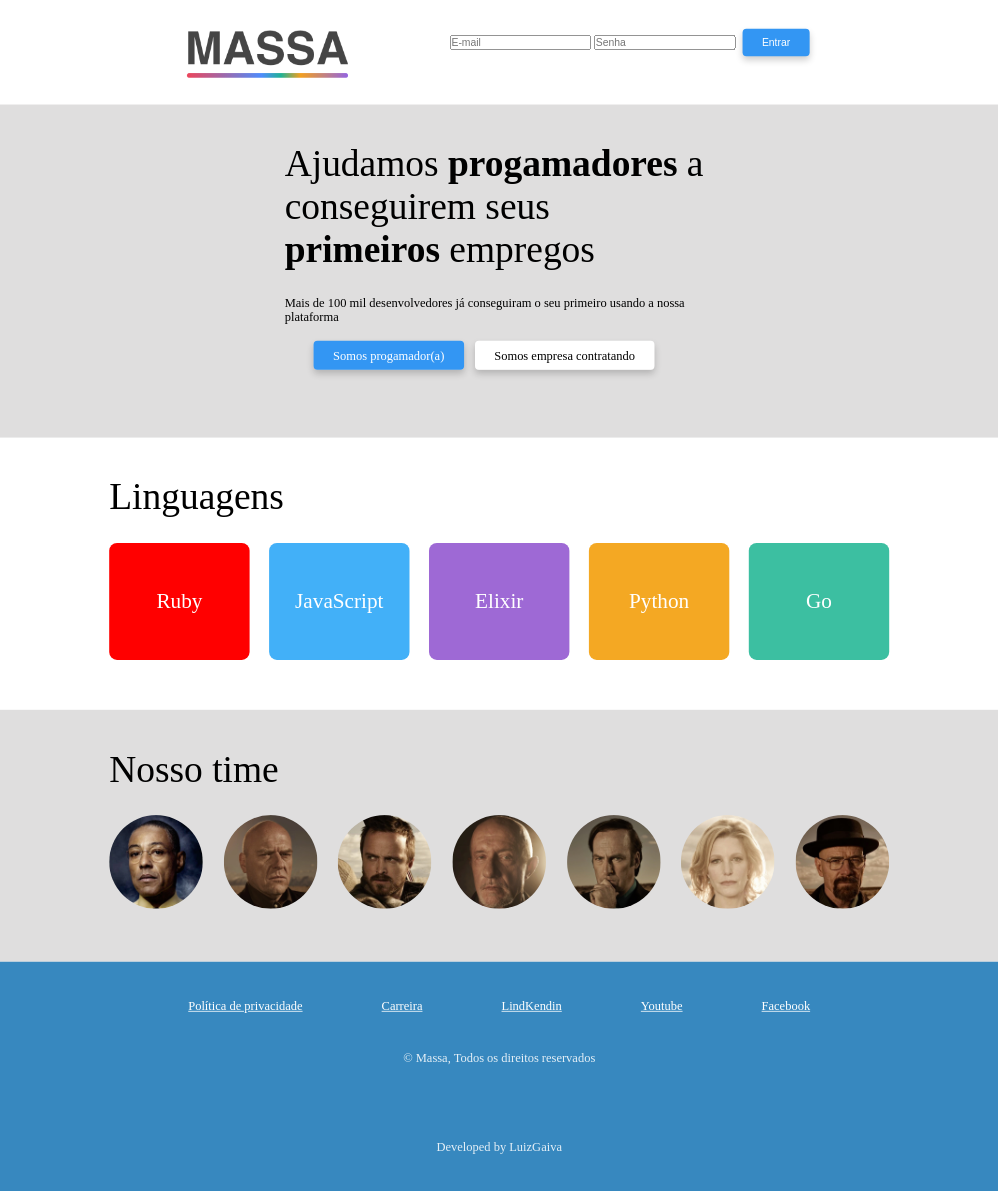
Repository: luizgaivaa/ProjetoSite
Page: index.html
An editor plug-in stored every save of this project. The page is shown before and after the next save, followed by the edit.
The browser window is 1280 px wide. The pictures show the whole page, at 78% of full size.

Above is the page before, as saved 2024-03-19 15:05:46.

### index.html
<!DOCTYPE html>
<html lang="pt-br">
<head>
    <meta charset="UTF-8">
    <meta name="viewport" content="width=device-width, initial-scale=1.0">
    <title>Massa</title>
    <link rel="icon" href="react-icon.png">
    <link rel="stylesheet" href="style.css">

    <link rel="preconnect" href="https://fonts.googleapis.com">
    <link rel="preconnect" href="https://fonts.gstatic.com" crossorigin>
    <link href="https://fonts.googleapis.com/css2?family=Roboto:ital,wght@0,100;0,300;0,400;0,500;0,700;0,900;1,100;1,300;1,400;1,500;1,700;1,900&display=swap" rel="stylesheet">

</head>
<body>
        <header>

            <div class="container">

                <div class="logo">

                    <img src="imagens/logo.png" alt-="">

                </div>
                <div class="sing-in">
                <form action="#">

                    <input type="email" name="email" id="email" placeholder="E-mail">
                    <input type="password" name="password" id="password" placeholder="Senha">
                    <button type="submit" class="button primary">Entrar</button>

                </form>
                </div>
            </div>

        </header>

    <main>

        <section class="intro gray">

            <div class="container">

                <div class="hero">
                    <h1 class="title">Ajudamos <strong>progamadores</strong> a conseguirem seus <strong>primeiros</strong> empregos</h1>
                    <p>Mais de 100 mil desenvolvedores já conseguiram o seu primeiro usando a nossa plataforma</p>

                    <div class="cta">
                        <a href="https://www.youtube.com/watch?v=u7E6Mn4hLAI" class="button primary">Somos progamador(a)</a>
                        <a href="https://www.youtube.com/watch?v=dQw4w9WgXcQ" class="button second">Somos empresa contratando</a>
                    </div>

                </div>

            </div>

        </section>

        <section class="languages">

            <div class="container">

                <h1 class="title">Linguagens</h1>

                <div class="Card">

                    <div class="card red">Ruby</div>
                    <div class="card blue">JavaScript</div>
                    <div class="card purple">Elixir</div>
                    <div class="card yellow">Python</div>
                    <div class="card green">Go</div>

                </div>

            </div>
        </section>

        <section class="team gray">

            <div class="container">

                <h1 class="title">Nosso time</h1>

                <div class="members">

                    <div class="Gus"><img src="team/gus.jpg" alt=""></div>
                    <div class="Hank"><img src="team/hank.jpg" alt=""></div>
                    <div class="Jesse"><img src="team/jesse.jpg" alt=""></div>
                    <div class="Mike"><img src="team/mike.jpg" alt=""></div>
                    <div class="Saul"><img src="team/saul.jpg" alt=""></div>
                    <div class="Skyler"><img src="team/skyler.jpg" alt=""></div>
                    <div class="walter"><img src="team/walter.jpg" alt=""></div>

                </div>

            </div>

        </section>

    </main>
        <footer>
            <div class="container">
                <ul>

                    <li><a href="https://www.leagueoflegends.com/pt-br/">Política de privacidade</a></li>
                    <li><a href="https://www.google.com/imgres?imgurl=https%3A%2F%2Fimages.contentstack.io%2Fv3%2Fassets%2Fblt731acb42bb3d1659%2Fblte466f329caecef3b%2F60887196f07013101daf0872%2FdevRammus_header.jpg&tbnid=cw0laePT7olaPM&vet=12ahUKEwje2tjspO-EAxUsuZUCHVRWCNwQMygBegQIARBN..i&imgrefurl=https%3A%2F%2Fwww.leagueoflegends.com%2Fpt-br%2Fnews%2Fdev%2Fdev-rammus-de-rift-a-rift%2F&docid=4QQPyuHJoJCulM&w=1920&h=1080&q=rammus%20lol&ved=2ahUKEwje2tjspO-EAxUsuZUCHVRWCNwQMygBegQIARBN">Carreira</a></li>
                    <li><a href="#">LindKendin</a></li>
                    <li><a href="#">Youtube</a></li>
                    <li><a href="#">Facebook</a></li>

                </ul>

                    <p class="copyright">© Massa, Todos os direitos reservados</p>
                    <p class="copyright">Developed by LuizGaiva</p>

            </div>

        </footer>
</body>
</html>

### style.css
/*reset CSS*/

*{
    margin: 0;
    padding: 0;
    box-sizing: 0;
}

body{
    background-color: rgb(255, 255, 255);
}

.roboto-thin {
    font-family: "Roboto", sans-serif;
    font-weight: 100;
    font-style: normal;
  }

  .roboto-light {
    font-family: "Roboto", sans-serif;
    font-weight: 300;
    font-style: normal;
  }

  .roboto-regular {
    font-family: "Roboto", sans-serif;
    font-weight: 400;
    font-style: normal;
  }

  .roboto-medium {
    font-family: "Roboto", sans-serif;
    font-weight: 500;
    font-style: normal;
  }

  .roboto-bold {
    font-family: "Roboto", sans-serif;
    font-weight: 700;
    font-style: normal;
  }

  .roboto-black {
    font-family: "Roboto", sans-serif;
    font-weight: 900;
    font-style: normal;
  }

  .roboto-thin-italic {
    font-family: "Roboto", sans-serif;
    font-weight: 100;
    font-style: italic;
  }

  .roboto-light-italic {
    font-family: "Roboto", sans-serif;
    font-weight: 300;
    font-style: italic;
  }

  .roboto-regular-italic {
    font-family: "Roboto", sans-serif;
    font-weight: 400;
    font-style: italic;
  }

  .roboto-medium-italic {
    font-family: "Roboto", sans-serif;
    font-weight: 500;
    font-style: italic;
  }

  .roboto-bold-italic {
    font-family: "Roboto", sans-serif;
    font-weight: 700;
    font-style: italic;
  }

  .roboto-black-italic {
    font-family: "Roboto", sans-serif;
    font-weight: 900;
    font-style: italic;
  }

   .container {
    width: 1000px;
    margin: auto;
    padding: 0 1rem;

   }
   .hero{
    width: 55%;
    margin: auto;
   }

   .gray {
    background-color:rgb(223, 222, 222)
   }

   .intro_gray {
    background-color:rgb(223, 222, 222)
   }

   .intro p{
    margin: 1rem 0;
    font-size: 1.5 rem;
    font-weight: 100;
   }

   h1 {
    font-size: 3rem;
    font-weight: normal;
   }

   h1.title {
    margin-bottom: 2rem;
    text-align: left;
    /* font-weight: bold; */
   }

   section {
    padding: 3rem 0 4rem 0;
   }

   .intro .cta {
    margin: 2rem;
   }

   .button {
    /*background-color: #3396f3;
    color: white;*/
    padding: 10px 25px;
    text-decoration: none;
    border-radius: 5px;
    margin: 5px;
    box-shadow: 0 5px 10px 0 rgba(0, 0, 0, 0.2);
   }

   .button:hover {
    box-shadow: 0 5px 10px 0 rgba(0, 0, 0, 0.5);
   }


   .primary {
    background-color: #3396f3;
    color: white;
   }

   .second {
    background-color: white;
    color: black;
   }

   .Card {
    display: flex;
    justify-content: space-between;
   }

   .card {
      display: flex;
      flex-direction: column;
      justify-content: center;
      text-align: center;

      width: 18%;
      height: 150px;
      border-radius: 10px;
      color: white;
      font-size: 1.7rem;
    }

   .card.red {
      background-color: red;
   }

   .card.blue {
    background-color: #42b0f8;
   }

   .card.purple {
    background-color: #9e69d5;
   }

   .card.yellow {
    background-color: #f4a823;
   }

   .card.green {
    background-color: #3cbfa1;
   }

   .members {
    display: flex;
    justify-content: space-between;
   }

   .members img {
    width: 120px;
    height: 120px;
    border-radius: 50%;
   }

   footer {
    background-color: #3788bf ;
   }

   footer ul{
    display: flex;
    justify-content: space-evenly;
    padding-top: 3rem;
    list-style-type: none;
   }

   footer a{
    color: white;
   }
   footer p.copyright{
    padding: 3rem 0;
    color: #ffffffdd;
    text-align: center;
   }

   header div{
    display: flex;
    justify-content: space-evenly;
    padding: 2rem;
   }
   .logo img {
    width: 211px;
   }
   .sing-in button{
    border: none;
   }

   input
    [type ="text"]
    [type ="email"]
    [type ="senha"]{
    width: 180px;
    padding: 0.5rem;
    border-radius: 5px ;
    border: 1px solid #ccc;
    }

After the next save:
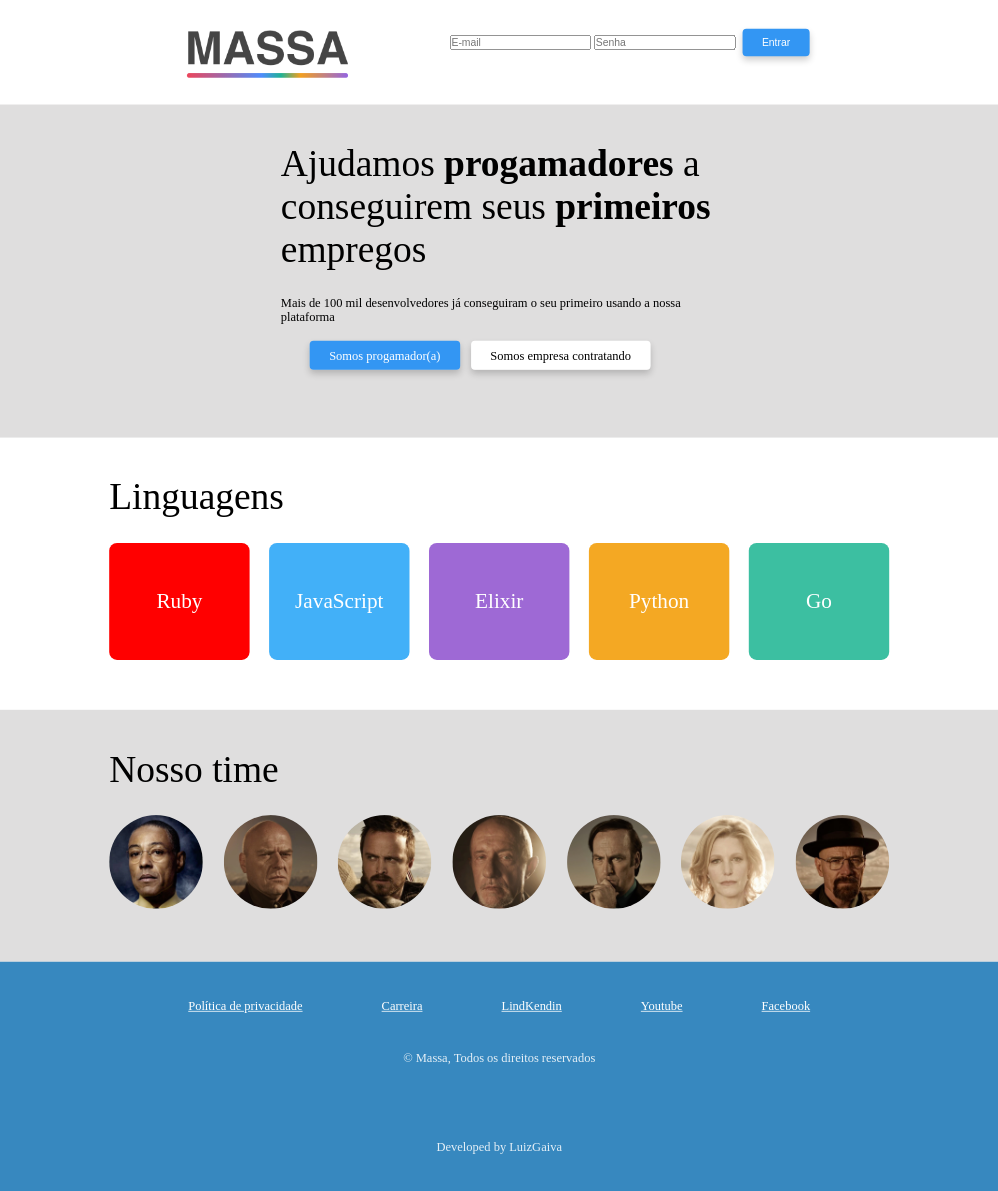
Saved 30 s later.
--- a/style.css
+++ b/style.css
@@ -89,7 +89,7 @@
 
    }
    .hero{
-    width: 55%;
+    width: 56%;
     margin: auto;
    }
 
